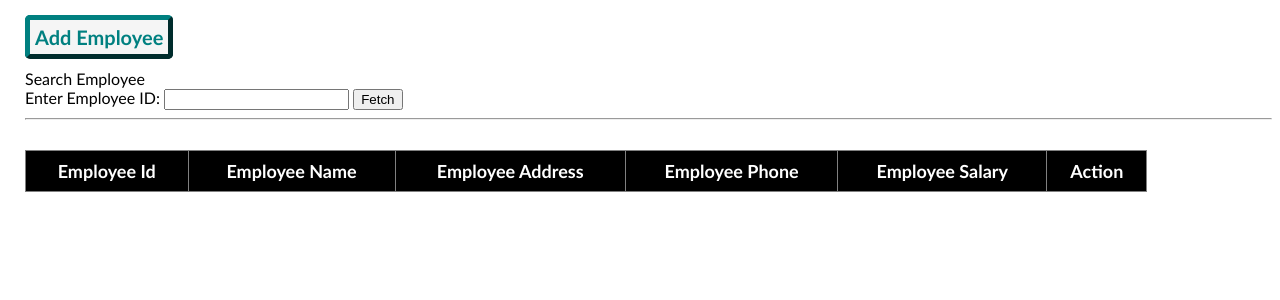
Repository: prieeyatambe/priyatambe_SpringMavenHibernate
Page: http://localhost/Project/WEB-INF/view/list.jsp
These files come from the project's save history. The page is drawn as it stood at one moment and after the next save; the edit follows.
The browser window is 1280 px wide. The pictures show the whole page.
The page is served by Tomcat 9. Nobody is signed in. The template is opened directly, without the code that normally fills it, so the values that code supplies are empty.

Above is the page before, as saved 2024-03-06 10:13:26.

After the next save:
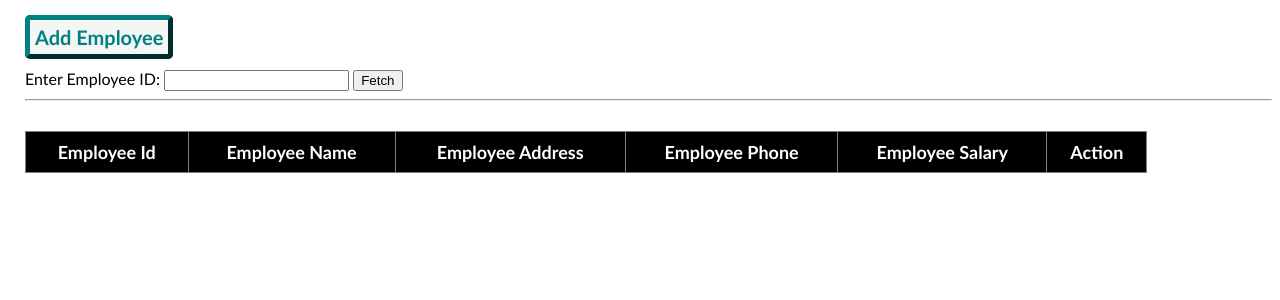
Saved 17 s later.
--- a/SpringMaven/mavenproject/Project/src/main/webapp/WEB-INF/view/list.jsp
+++ b/SpringMaven/mavenproject/Project/src/main/webapp/WEB-INF/view/list.jsp
@@ -76,7 +76,7 @@ td{
 
 <a href="addEmp" class="link-button">Add Employee</a><br>
 
-<div class="fetch-emp">Search Employee<br>
+<div class="fetch-emp">
 	<form action="fetchEmp" method="get">
     <label for="employeeId">Enter Employee ID:</label>
     <input type="text" id="employeeId" name="id">
